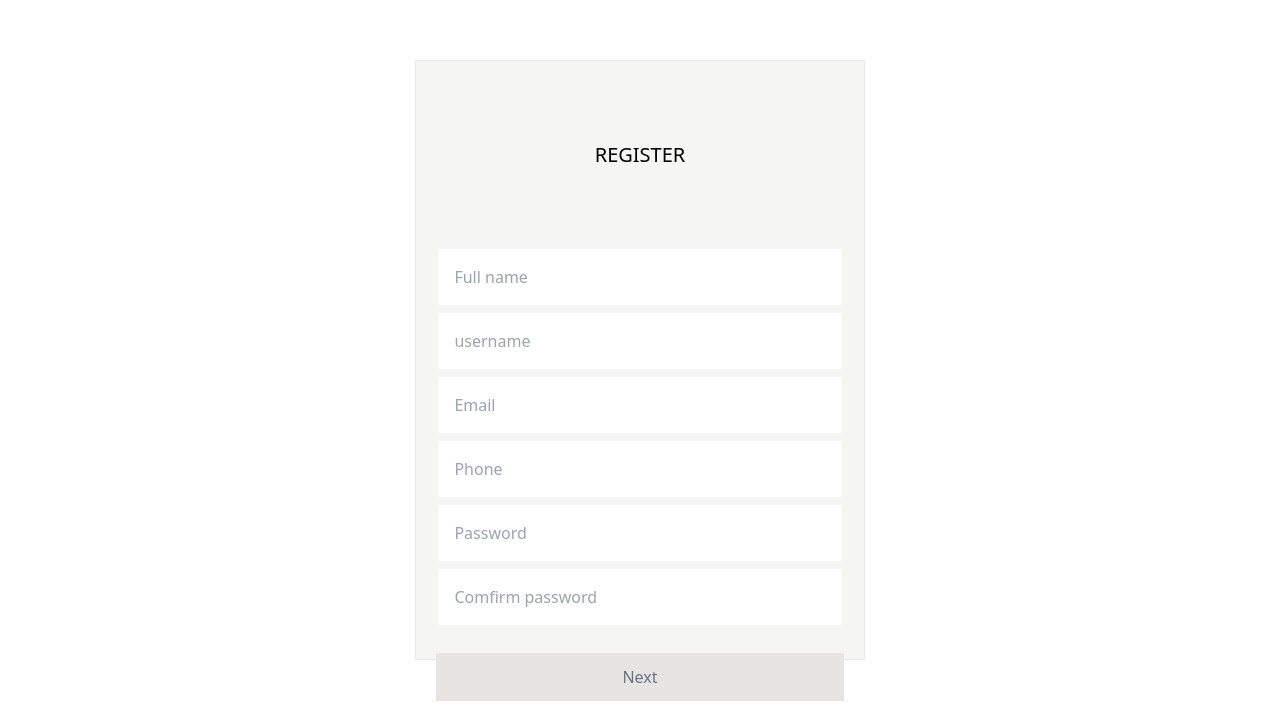
Repository: hsumyatm7308/oop-loginregister-php
Page: login.html
These files come from the project's save history. The page is drawn as it stood at one moment and after the next save; the edit follows.
The browser window is 1280 px wide. The pictures show the whole page.
Some web libraries are served in a nearby version.

Above is the page before, as saved 2023-08-01 14:21:10.

### login.html
<!DOCTYPE html>
<html>

<head>
    <title>Login</title>

    <script src="https://cdn.tailwindcss.com"></script>
    <style>

    </style>

</head>

<body class="w-screen h-screen  flex justify-center items-center">
    <div class="w-[450px] h-[600px] bg-stone-100 border flex items-center flex-col">

        <h1 class="text-xl text-black uppercase mt-20">Register</h1>

        <form action="" id="form" class="w-full flex justify-center items-center flex-col mt-20">
            <div class="page w-full flex justify-center items-center hidden">
                <input type="text" class="w-[90%] p-4 mb-2 focus:outline-none" placeholder="Full name">
            </div>
            <div class="page w-full flex justify-center items-center ">
                <input type="text" class="w-[90%] p-4 mb-2 focus:outline-none" placeholder="username">
            </div>
            <div class="page w-full flex justify-center items-center ">
                <input type="text" class="w-[90%] p-4 mb-2 focus:outline-none" placeholder="Email">
            </div>
            <div class="page w-full flex justify-center items-center ">
                <input type="text" class="w-[90%] p-4 mb-2 focus:outline-none" placeholder="Phone">
            </div>
            <div class="page w-full flex justify-center items-center ">
                <input type="text" class="w-[90%] p-4 mb-2 focus:outline-none" placeholder="Password">
            </div>
            <div class="page w-full flex justify-center items-center ">
                <input type="text" class="w-[90%] p-4 mb-2 focus:outline-none" placeholder="Comfirm password">
            </div>

            <div class="w-full flex justify-center items-center">
                <button type="text" id="next" class="w-full bg-stone-200 text-gray-500 p-3 m-5 hover:opacity-80 hover:text-gray-800" onclick="gonow(1)">Next </button>
            </div>

        </form>
    </div>

    <script src="./app.js"></script>
</body>

</html>

### app.js
const getpages = document.getElementsByClassName('page');
const getform = document.getElementById('form');
const nextbtn = document.getElementById('next');

obj  =  ["fullname","username","email","password","comfirm"];


const curidx = 0;

showpage(curidx);

function showpage(idx){
    for(let i=0;i<getpages.length-1 ;i++){
       getpages[idx].classList.remove('hidden');
    }
}

After the next save:
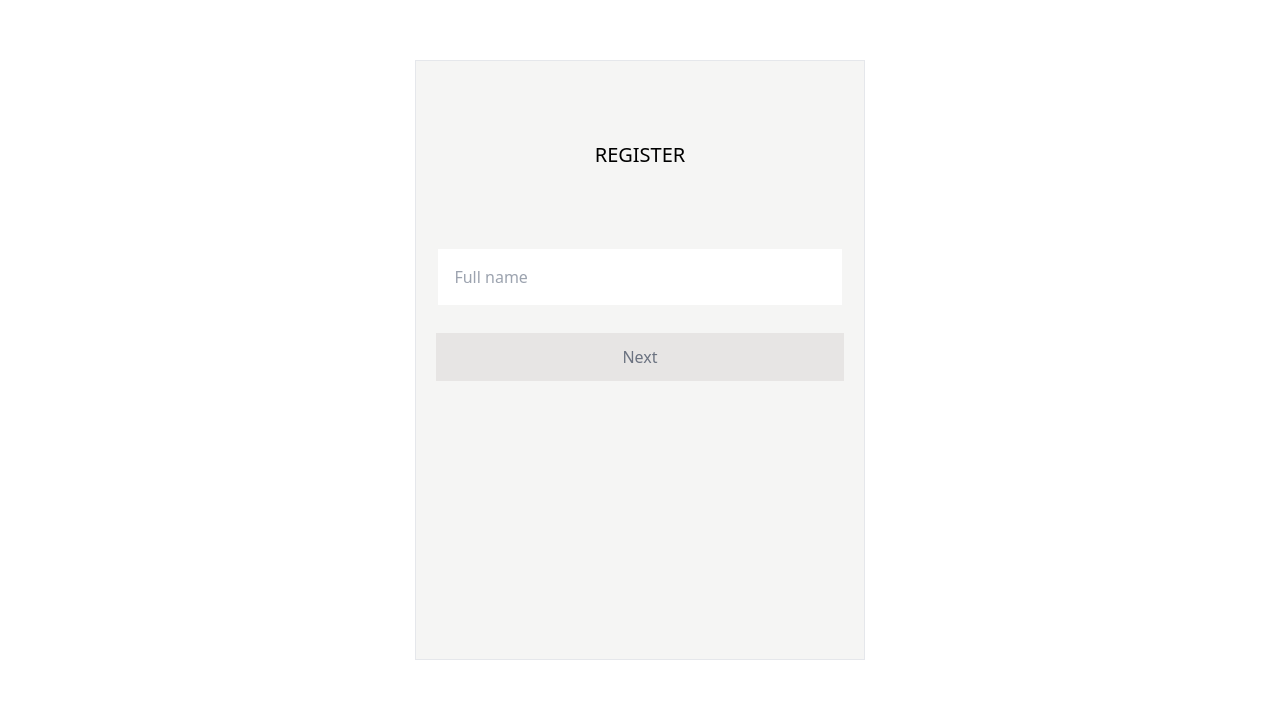
Saved 11 s later.
--- a/login.html
+++ b/login.html
@@ -20,19 +20,19 @@
             <div class="page w-full flex justify-center items-center hidden">
                 <input type="text" class="w-[90%] p-4 mb-2 focus:outline-none" placeholder="Full name">
             </div>
-            <div class="page w-full flex justify-center items-center ">
+            <div class="page w-full flex justify-center items-center hidden">
                 <input type="text" class="w-[90%] p-4 mb-2 focus:outline-none" placeholder="username">
             </div>
-            <div class="page w-full flex justify-center items-center ">
+            <div class="page w-full flex justify-center items-center hidden">
                 <input type="text" class="w-[90%] p-4 mb-2 focus:outline-none" placeholder="Email">
             </div>
-            <div class="page w-full flex justify-center items-center ">
+            <div class="page w-full flex justify-center items-center hidden">
                 <input type="text" class="w-[90%] p-4 mb-2 focus:outline-none" placeholder="Phone">
             </div>
-            <div class="page w-full flex justify-center items-center ">
+            <div class="page w-full flex justify-center items-center hidden">
                 <input type="text" class="w-[90%] p-4 mb-2 focus:outline-none" placeholder="Password">
             </div>
-            <div class="page w-full flex justify-center items-center ">
+            <div class="page w-full flex justify-center items-center hidden">
                 <input type="text" class="w-[90%] p-4 mb-2 focus:outline-none" placeholder="Comfirm password">
             </div>
 
